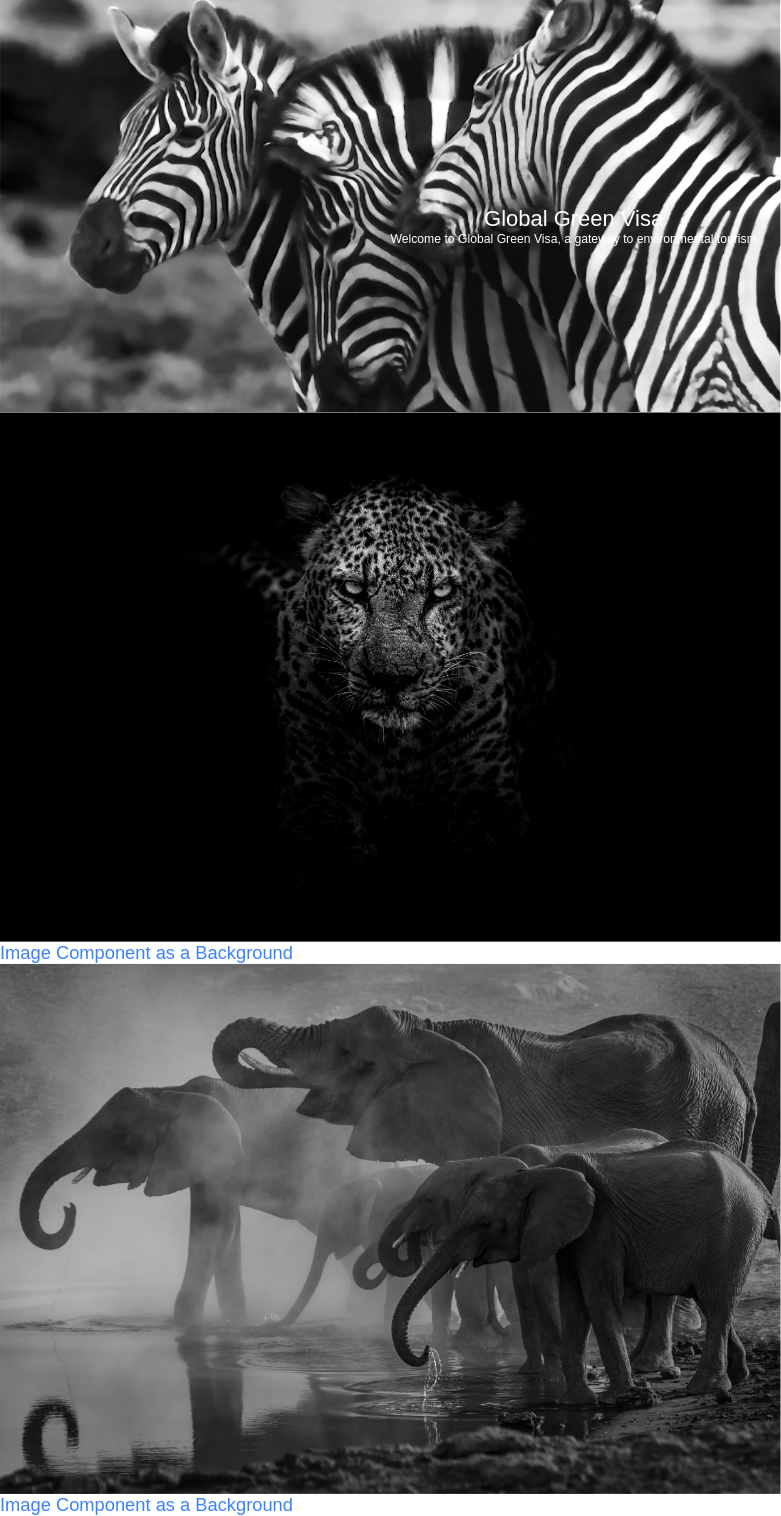
Repository: BrightonMboya/ggv-landingPage
Page: /
These files come from the project's save history. The page is drawn as it stood at one moment and after the next save; the edit follows.
The browser window is 1280 px wide. The pictures show the whole page, at 61% of full size.
The project was rebuilt for these pictures with package versions that can differ from the ones it lists, and the page was loaded fresh each time. The framework's server and built-in components were replaced by stand-ins that run in the browser. Also part of the build but not shown: next.config.js.

Above is the page before, as saved 2022-06-13 20:43:02.

### pages/index.js
import React from "react";
import styles from "../styles/Home.module.css";
import HomePage from "./HomePage";
import AboutUs from "./AboutUs";
import Contactus from "./Contactus";

// const index = () => {
//   return (
//     <React.Fragment>
//       <div className={`${styles.global} ${styles.container}`}>
//         <section className={`${styles.section}`}>
//           <HomePage />
//         </section>
//         <section className={`${styles.section}`}>
//           <AboutUs />
//         </section>
//         <section className={`${styles.section} ${styles.three}`}>
//           <Contactus />
//         </section>
//       </div>
//     </React.Fragment>
//   );
// };

const index = () => {
  return (
    <React.Fragment>
      <div className={styles.global}>
        <div className={styles.container}>
          <section className={styles.section}>
            <HomePage />
          </section>
          <section className={styles.section}>
            <AboutUs />
          </section>
          <section className={styles.section}>
            <Contactus />
          </section>
        </div>
      </div>
    </React.Fragment>
  );
};

export default index;

### styles/Home.module.css
.global {
  margin: 0;
  padding: 0;
  box-sizing: border-box;
  font-family: sans-serif;
  /* border: 2px solid yellow; */
}
.section {
  /* height: 100vh; */
  display: flex;
  justify-content: center;
  align-items: center;
  scroll-snap-align: start;
}

.container {
  scroll-snap-type: y mandatory;
  overflow-y: scroll;
  /* height: 100vh; */
  /* border: 2px solid red; */
}

.bgWrap {
  /* position: fixed; */
  /* height: 100vh; */
  /* min-height: 80vh; */
  width: 100vw;
  overflow: hidden;
  z-index: -1;
  background-size: cover;
  -webkit-background-size: cover;
  -moz-background-size: cover;
  -moz-background-size: cover;
  background: center no-repeat;
}

.bg {
  max-width: 100%;
  position: relative;
}

.content {
  display: inline-block;
  position: absolute;
  left: 50%;
  top: 50%;
}

/* @media and (max-width: 480px) {
} */

### pages/HomePage.js
import React from "react";
import styles from "../styles/Home.module.css";
import Image from "next/image";

const HomePage = () => {
  return (
    <div className="">
      <div className={`${styles.bgWrap} ${styles.bg}`}>
        <Image
          src="/home.jpg"
          layout="responsive"
          width={900}
          height={475}
          objectFit="cover"
          quality={100}
        />

        <div className={styles.content}>
          <h2 className="text-white text-4xl text-center">Global Green Visa</h2>
          <p className="text-white text-xl text-center">
            Welcome to Global Green Visa, a gateway to environmental tourism
          </p>
        </div>
      </div>
    </div>
  );
};

export default HomePage;

// className="absolute lg:top-[50%] top-[6%]"
// className="lg:justify-center lg:items-center sm:h-0 lg:flex lg:h-[100vh]"

### pages/AboutUs.js
import Image from "next/image";
import styles from "../styles/Home.module.css";
// import home from "./assets/home.jpg";

const AboutUs = () => {
  return (
    <div>
      <div className={styles.bgWrap}>
        <Image
          src="/about.jpg"
          layout="responsive"
          // objectFit="cover"
          quality={100}
          width={700}
          height={475}
        />
      </div>
      <p className="text-blue-500 text-3xl">Image Component as a Background</p>
    </div>
  );
};

export default AboutUs;

### pages/Contactus.js
import React from "react";
import Image from "next/image";
import styles from "../styles/Home.module.css";

const Contactus = () => {
  return (
    <div>
      <div className={styles.bgWrap}>
        <Image
          src="/contact.jpg"
          layout="responsive"
          objectFit="cover"
          quality={100}
          width={700}
          height={475}
        />
      </div>
      <p className="text-blue-500 text-3xl">Image Component as a Background</p>
    </div>
  );
};

export default Contactus;

### tailwind.config.js
module.exports = {
  content: [
    "./pages/**/*.{js,ts,jsx,tsx}",
    "./components/**/*.{js,ts,jsx,tsx}"
  ],
  theme: {
    extend: {
      colors: {
        black: "#000107",
        slate: "#E3F1EF"
      }
    }
  },
  plugins: []
};

Loaded but not shown: pages/_app.js (common file); styles/globals.css (common file)

After the next save:
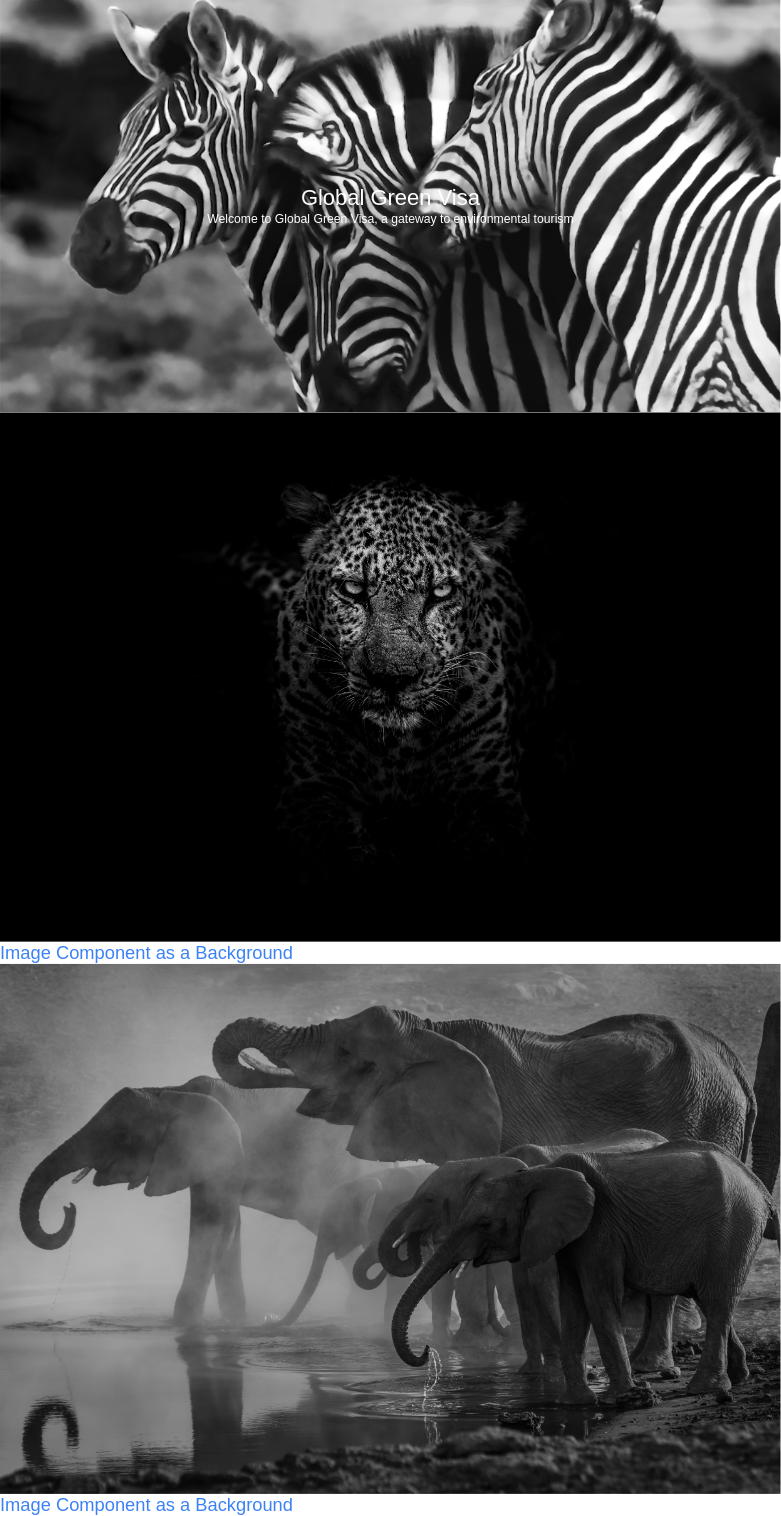
Saved 30 s later.
--- a/styles/Home.module.css
+++ b/styles/Home.module.css
@@ -44,6 +44,7 @@
   position: absolute;
   left: 50%;
   top: 50%;
+  transform: translate(-50%, -50%);
 }
 
 /* @media and (max-width: 480px) {
